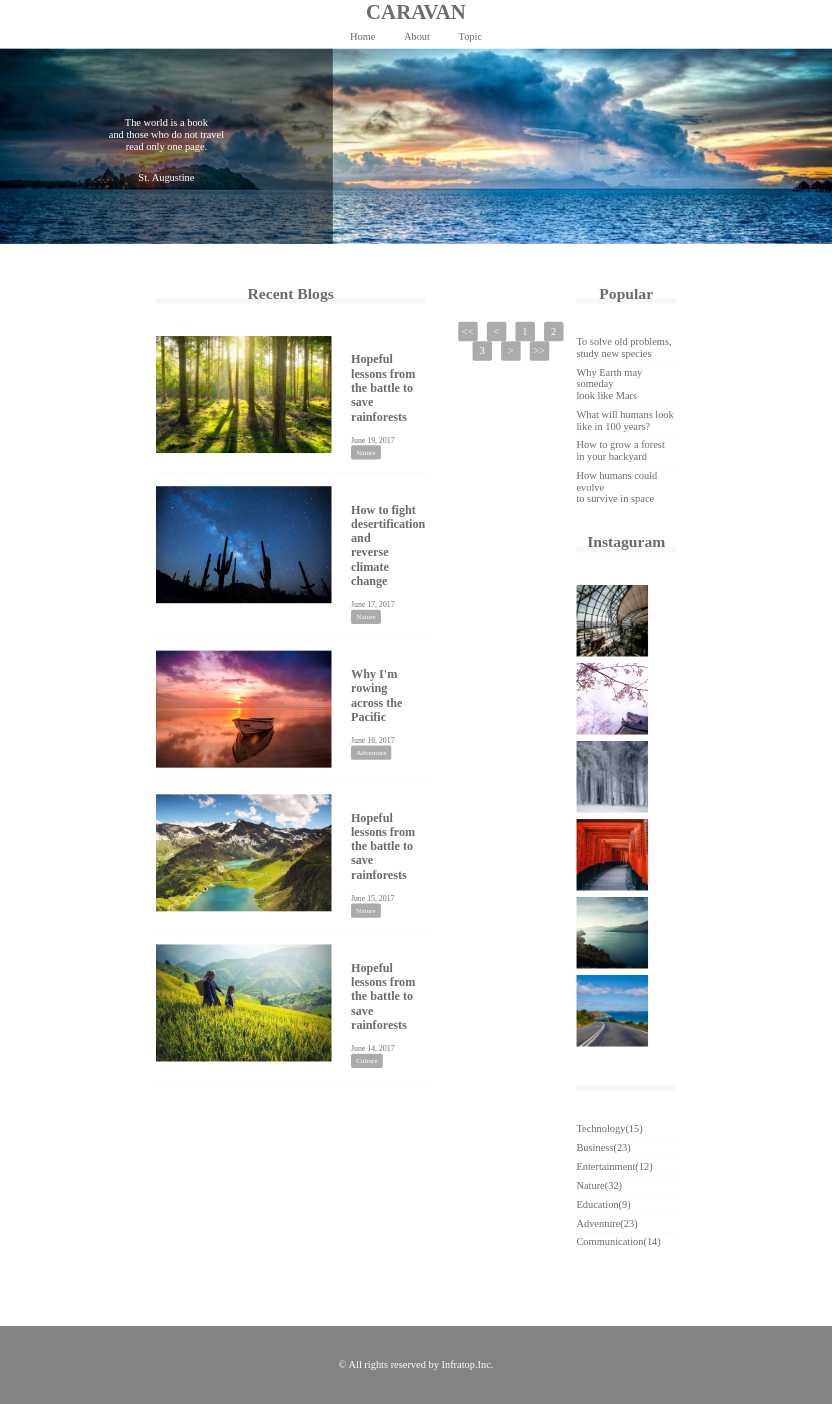
Repository: 825814/caravan2
Page: caravan/index.html
The author's editor kept a record of every edit. The page is drawn from the files as they stood at one moment, then again after the next edit.
The browser window is 1280 px wide. The pictures show the whole page, at 65% of full size.

Above is the page before.

### caravan/index.html
<!DOCTYPE html>
<html lang="ja">
  <head>
    <meta http-equiv="content-type" content="text/html; charset=utf-8" />

    <link rel="stylesheet" href="style.css" />
    <title>CARAVAN</title>
  </head>

  <body>

    <header>
      <h1 class="heading">
        <a href="index.html">
        CARAVAN
        </a>
      </h1>
    </header>


    <nav>
      <ul class="nav-list">
        <li class="nav-list-item">
          <a href="index.html">Home</a>
        </li>
        <li class="nav-list-item">About</li>
        <li class="nav-list-item">Topic</li>
      </ul>
    </nav>


    <div class="main-visual">
      <div class="main-visual-content">
        <p class="main-visual-text">
          The world is a book<br />
          and those who do not travel<br />
          read only one page.
          </p>
        <p class="main-visual-name">
          St. Augustine
        </p>
      </div>
    </div>


    <main>
      <section class="blog">
        <h2 class="blog-heading">Recent Blogs</h2>
        <div class="blog-box">
          <div class="blog-item">
            <img  class="blog-image" src="img/forest.jpg">
            <section class="blog-text">
              <h3 class="blog-text-heading">
                <a href="single.html">
                 Hopeful lessons from<br>
                 the battle to save<br>
                 rainforests
                </a>
              </h3>
              <p class="blog-date">June 19, 2017</p>
              <span class="category">Nature</span>
            </section>
          </div>
          <div class="blog-item">
            <img  class="blog-image" src="img/desert.jpg">
            <section class="blog-text">
              <h3 class="blog-text-heading">
                <a href="single.html">
                 How to fight<br />
                  desertification and<br />
                  reverse climate change
                </a>
              </h3>
              <p class="blog-date">June 17, 2017</p>
              <span class="category">Nature</span>
            </section>
          </div>
          <div class="blog-item">
            <img  class="blog-image" src="img/sunset.jpg">
            <section class="blog-text">
              <h3 class="blog-text-heading">
                <a href="single.html">
                 Why I'm rowing<br />
                  across the Pacific
                </a>
              </h3>
              <p class="blog-date">June 16, 2017</p>
              <span class="category">Adventure</span>
            </section>
          </div>
          <div class="blog-item">
            <img  class="blog-image" src="img/italy.jpg">
            <section class="blog-text">
              <h3 class="blog-text-heading">
                <a href="single.html">
                 Hopeful lessons from<br>
                 the battle to save<br>
                 rainforests
                </a>
              </h3>
              <p class="blog-date">June 15, 2017</p>
              <span class="category">Nature</span>
            </section>
          </div>
          <div class="blog-item">
            <img  class="blog-image" src="img/asia.jpg">
            <section class="blog-text">
              <h3 class="blog-text-heading">
                <a href="single.html">
                 Hopeful lessons from<br>
                 the battle to save<br>
                 rainforests
                </a>
              </h3>
              <p class="blog-date">June 14, 2017</p>
              <span class="category">Culture</span>
            </section>
          </div>
        </div>

      </section>

      <div class="pagination">
        <P><<</P>
        <p><</p>
        <p>1</p>
        <p>2</p>
        <p>3</p>
        <p>></p>
        <p>>></p>
      </div>

      <div class="sidebar">
        <section class="popular">
          <h2 class="popular-heading common-heading">Popular</h2>
          <div class="sidebar-contents">
            <p class="popular-text">To solve old problems,<br>study new species</p>
            <p class="popular-text">Why Earth may someday<br>look like Mars</p>
            <p class="popular-text">What will humans look<br>like in 100 years?</p>
            <p class="popular-text">How to grow a forest<br>in your backyard</p>
            <p class="popular-text">How humans could evolve<br>to survive in space</p>
          </div>
        </section>
        <section class="instagram">
          <h2 class="instagram-heading common-heading">Instaguram</h2>
          <div class="sidebar-contents">
            <div class="instagram-box"></div>
            <div class="instagram-box"></div>
            <div class="instagram-box"></div>
            <div class="instagram-box"></div>
            <div class="instagram-box"></div>
            <div class="instagram-box"></div>
          </div>
        </section>
        <section class="categories">
          <h2 class="categories-heading common-heading"></h2>
          <div class="sidebar-contents">
            <p class="categories-text">Technology(15)</p>
            <p class="categories-text">Business(23)</p>
            <p class="categories-text">Entertainment(12)</p>
            <p class="categories-text">Nature(32)</p>
            <p class="categories-text">Education(9)</p>
            <p class="categories-text">Adventure(23)</p>
            <p class="categories-text">Communication(14)</p>
          </div>
        </section>

      </div>
    </main>

    <footer>
      <p class="footer-text">© All rights reserved by Infratop.Inc.</p>
    </footer>
  </body>
</html>

### caravan/style.css
* {
  margin: 0;
  padding: 0;
  box-sizing: border-box;
  color: #6c6b6b;
}


a {
  text-decoration: none;
}

header {
  width: 90%;
  height: 15px 0;
  margin: 0 auto;
  text-align: center
}

header .heading {

  font-size: 32px;
}

.nav-list {
  text-align: center;
  padding: 10px 0;
  margin:0 auto;
}

.nav-list-item {
  list-style: none;
  display: inline-block;
  margin: 0 20px;
}

.main-visual {
  width: 100%;
  height: 300px;
  background-image: url(img/mv.jpg);
  background-size: cover;
  background-position: center;
}

.main-visual-content {
  width: 40%;
  height: 300px;
  background-color: rgba(0, 0, 0 ,0.5);
  text-align: center;
  padding-top: 105px;
}

.main-visual-text {
  color: #fff;
}

.main-visual-name {
  margin-top: 30px;
  color: #fff;
}

main {
  width: 800px;
  display: flex;
  justify-content: center;
  margin: 0 auto;
  padding: 70px 0;
}

.blog {
  width: 540px;
  margin-right: 30px;
}

.blog-heading {
  border-bottom: 8px solid #f7f7f7;
  text-align: center;
  line-height: 0.6;
}

.blog-box {
  padding-top: 50px;
}

.blog-item {
  padding-bottom: 20px;
  margin-bottom: 20px;
  border-bottom: 1px solid #f7f7f7;
  display: flex;
  justify-content: flex-start;
}

.blog-image {
  height: 180px;
}

.blog-text {
  padding: 25px 0 0 30px;
}

.blog-text-heading {
  padding-bottom: 15px;
}

.blog-date {
  font-size: 12px;
  display: inline-block;
}

.category {
  display: inline-block;
  padding: 5px 8px;
  background-color: #acabab;
  border-radius: 3px;
  color: #fff;
  font-size: 11px;
}

.pagination {
  text-align: center;
  padding-top: 50px;
}

.pagination p {
  display: inline-block;
  width: 30px;
  height: 30px;
  margin: 0 5px;
  color: #fff;
  background-color: #acabab;
  border-radius: 3px;
  line-height: 30px;
}

.sidebar {
  width: 230px;
}

.common-heading {
  border-bottom: 8px solid #f7f7f7;
  text-align: center;
  line-height: 0.6;
}

.sidebar-contents {
  padding: 50px 0;
}

.popular-text,
.categories-text {
  padding-bottom: 5px;
  border-bottom: 1px solid #f7f7f7;
  margin-bottom: 5px;
}

.popular-text:last-child,
.categories-text:last-child {
  margin: 0;
  padding: 0;
  border: none;
}

.instagram .sidebar-contents {
  display: flex;
  flex-wrap:wrap;
}

.instagram-box {
  width: 110px;
  padding-top: 110px;
  background-size: cover;
  background-position: center;
  margin-bottom: 10px;
}

.instagram-box:nth-child(odd) {
  margin-right: 10px;
}

.instagram-box:nth-child(1) {
  background-image: url(img/airport.jpg);
}

.instagram-box:nth-child(2) {
  background-image: url(img/japan.jpg);
}

.instagram-box:nth-child(3) {
  background-image: url(img/snow.jpg);
}

.instagram-box:nth-child(4) {
  background-image: url(img/japan2.jpg);
}

.instagram-box:nth-child(5) {
  background-image: url(img/lake.jpg);
}

.instagram-box:nth-child(6) {
  background-image: url(img/road.jpg);
}

footer {
  width: 100%;
  height: 120px;
  text-align: center;
  line-height: 120px;
  background-color: #848282;
}

.footer-text {
  color: #fff;
}

After the next edit:
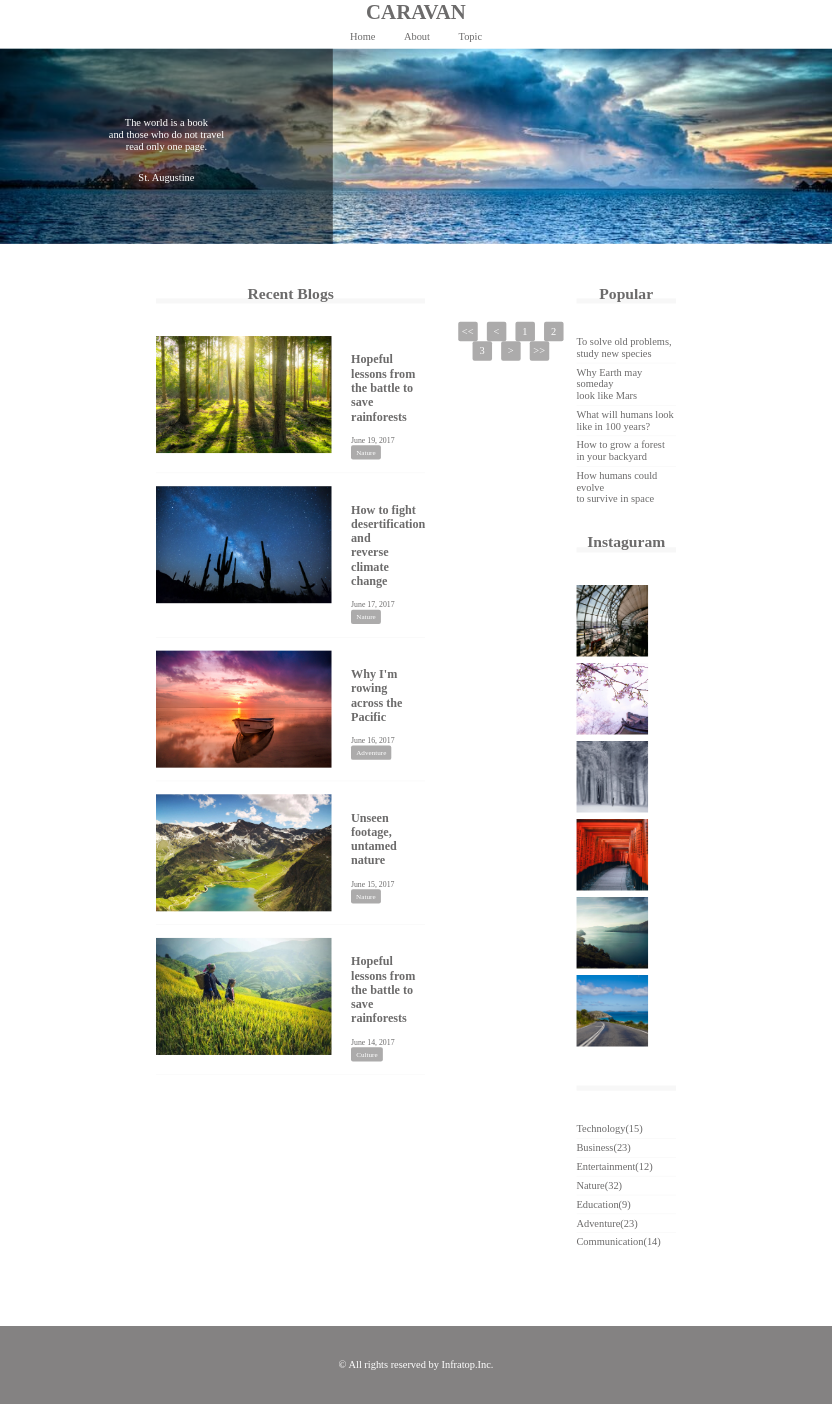
The edit:
--- a/caravan/index.html
+++ b/caravan/index.html
@@ -93,9 +93,8 @@
             <section class="blog-text">
               <h3 class="blog-text-heading">
                 <a href="single.html">
-                 Hopeful lessons from<br>
-                 the battle to save<br>
-                 rainforests
+                Unseen footage,<br />
+                  untamed nature
                 </a>
               </h3>
               <p class="blog-date">June 15, 2017</p>
